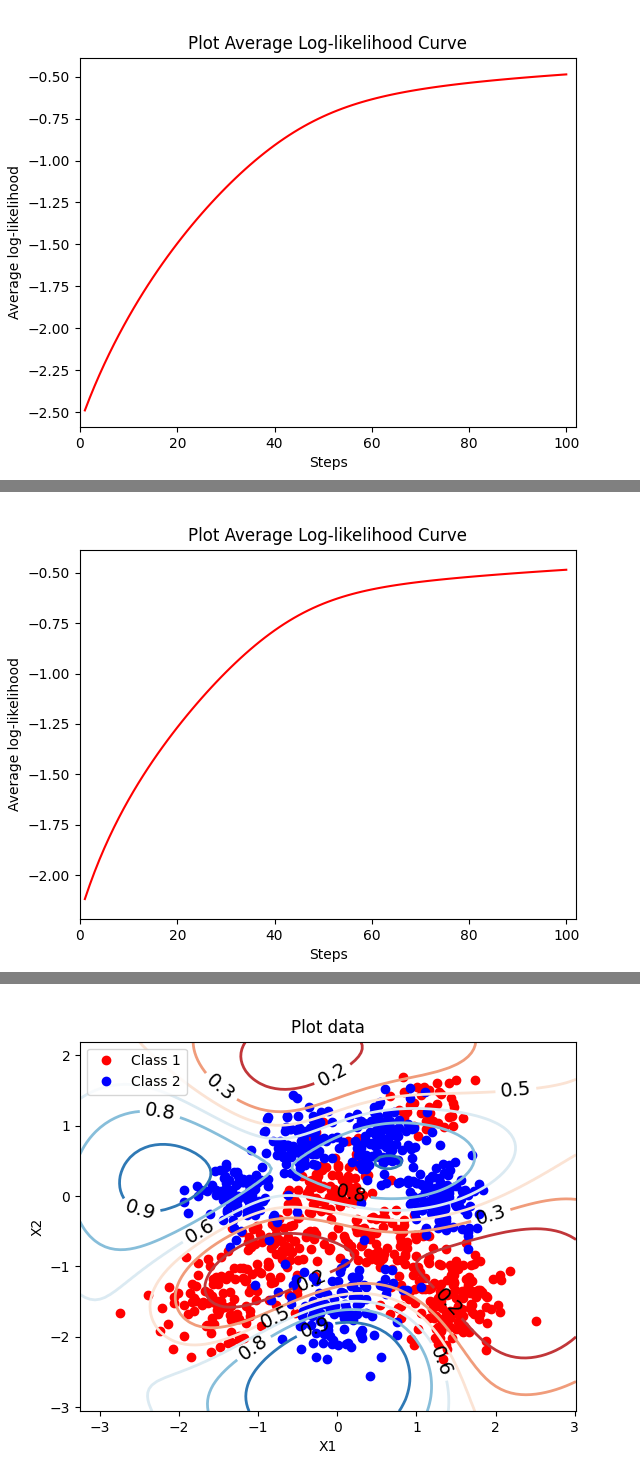
Repository: DhruvTrehan03/3F8
Script's output: python Lab.py
These files come from the project's save history. The script's output is drawn as it stood at one moment and after the next save; the edit follows.
Each picture stacks the figures in order, with grey between them; figures that are only written to a file come last. Random numbers start from a fixed seed.

Above is the script's output before, as saved 2024-02-16 12:42:08.

After the next save:
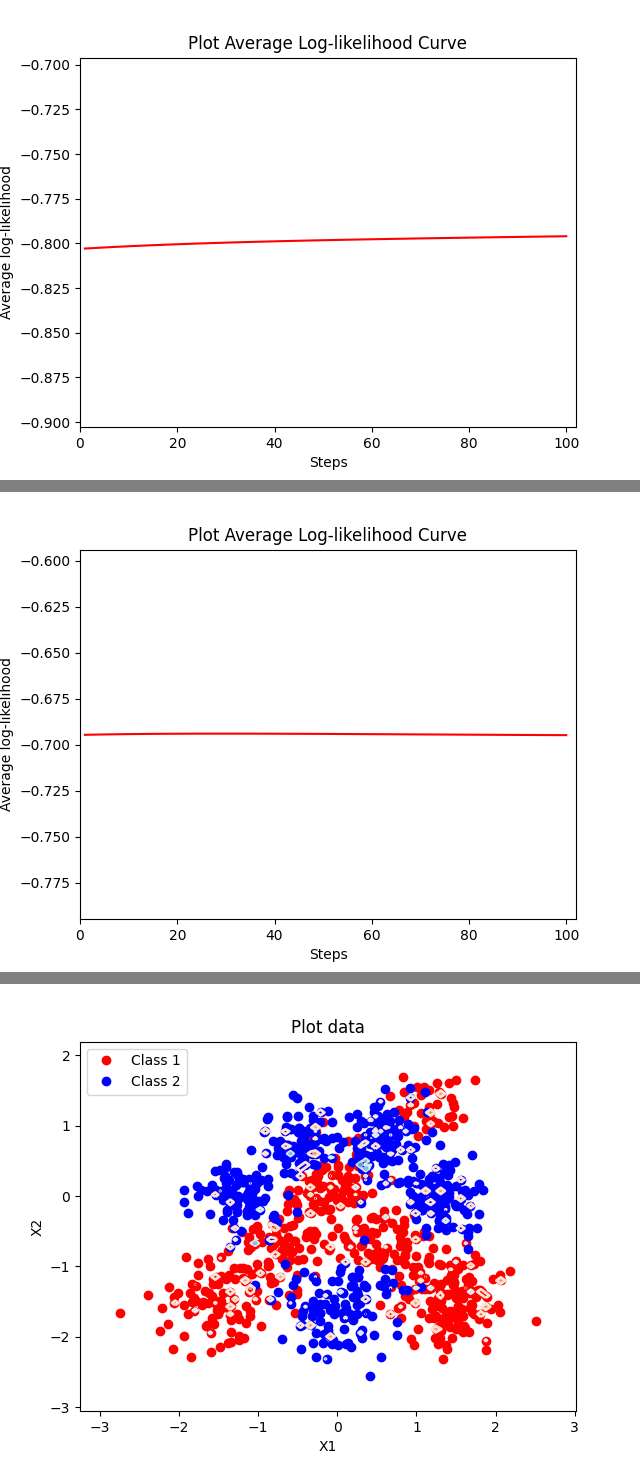
Error (its wording comes from the project's code and is left out).
Saved 3 min 9 s later.
--- a/Lab.py
+++ b/Lab.py
@@ -124,7 +124,7 @@
 # plot_ll(ll_test)
 # plot_predictive_distribution(X, y, w)
 
-l = 1 # Width of the Gaussian basis funcction. To be completed by the student
+l = 0.01 # Width of the Gaussian basis funcction. To be completed by the student
 
 X_tilde_train = get_x_tilde(evaluate_basis_functions(l, X_train, X_train))
 X_tilde_test = get_x_tilde(evaluate_basis_functions(l, X_test, X_train))
@@ -144,3 +144,4 @@
 # We plot the predictive distribution
 
 plot_predictive_distribution(X, y, w, lambda x : evaluate_basis_functions(l, x, X_train))
+conf_mat(y_test, X_train, w)

After the 2 saves that followed:
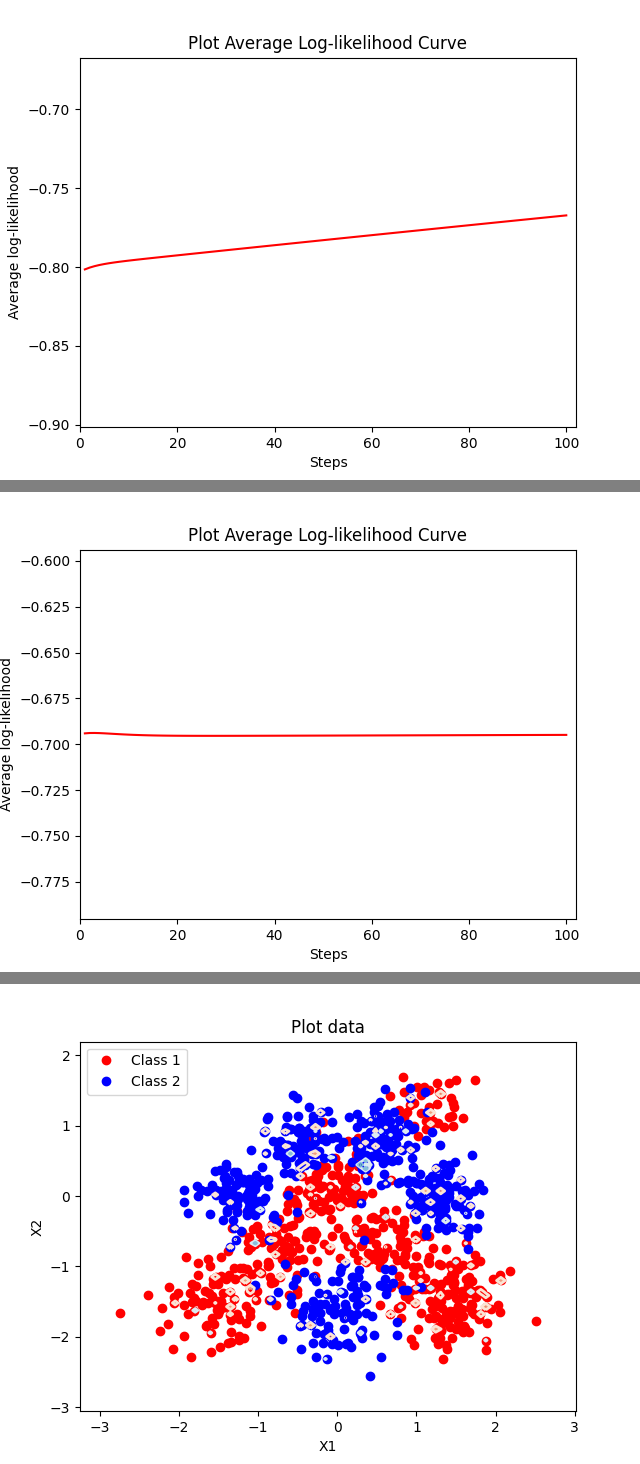
The error is gone.
The 2 saves are shown as one change because 1 left the picture as it was.
The last was saved 3 min 40 s later.
--- a/Lab.py
+++ b/Lab.py
@@ -131,7 +131,7 @@
 
 # We train the new classifier on the feature expanded inputs
 
-alpha = 0.0001 # Learning rate for gradient-based optimisation with basis functions. To be completed by the student
+alpha = 0.001 # Learning rate for gradient-based optimisation with basis functions. To be completed by the student
 n_steps = 100 # Number of steps of gradient-based optimisation with basis functions. To be completed by the student
 
 w, ll_train, ll_test = fit_w(X_tilde_train, y_train, X_tilde_test, y_test, n_steps, alpha)
@@ -144,4 +144,4 @@
 # We plot the predictive distribution
 
 plot_predictive_distribution(X, y, w, lambda x : evaluate_basis_functions(l, x, X_train))
-conf_mat(y_test, X_train, w)
+conf_mat(y_test, X_tilde_train, w)
